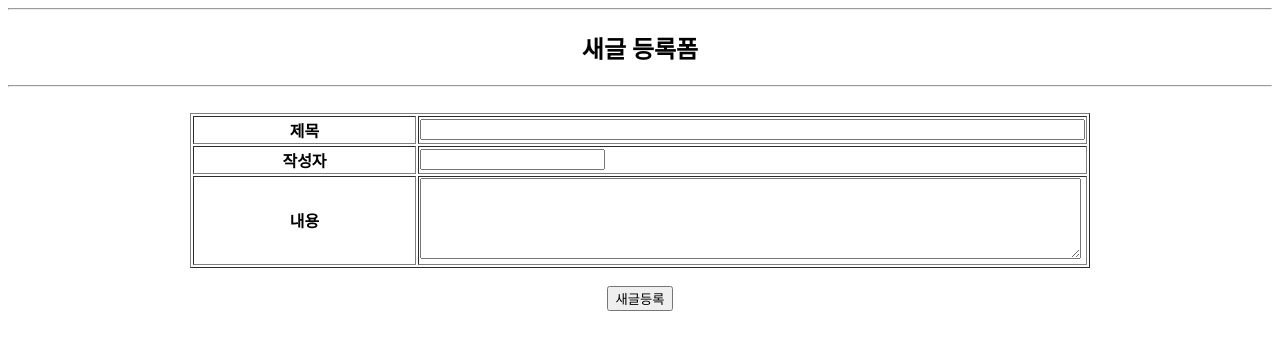
Repository: sunnny10/web-workspace
Page: http://localhost/Mission-Web/jsp/board/writeForm.jsp
The author's editor kept a copy of each file at every save. The page is drawn from the files as they stood at one save, then again after the next save.
The browser window is 1280 px wide. The pictures show the whole page.
The page is served by Tomcat 9. Other server files are loaded and not shown.

Above is the page before, as saved 2022-06-02 08:15:19.

### Mission-Web/src/main/webapp/jsp/board/writeForm.jsp
<%@ page language="java" contentType="text/html; charset=UTF-8"
    pageEncoding="UTF-8"%>
<!DOCTYPE html>
<html>
<head>
<meta charset="UTF-8">
<title>Insert title here</title>
</head>
<body>
	<div align="center">
		<hr>
		<h2>새글 등록폼</h2>
		<hr>
		<br>
		<form>
			<table border="1" style="width=80%">
				<tr>
					<th width="25%">제목</th>
					<td><input type="text" name="title" size="80"></td>
				</tr>
				<tr>
					<th width="25%">작성자</th>
					<td><input type="text" name="writer"></td>
				</tr>
				<tr>
					<th width="25%">내용</th>
					<td>
						<textarea rows="5" cols="80" name="content"></textarea>
					</td>
				</tr>
			</table>
			<br>
			<input type="submit" value="새글등록">
		</form>
	</div>
</body>
</html>

After the next save:
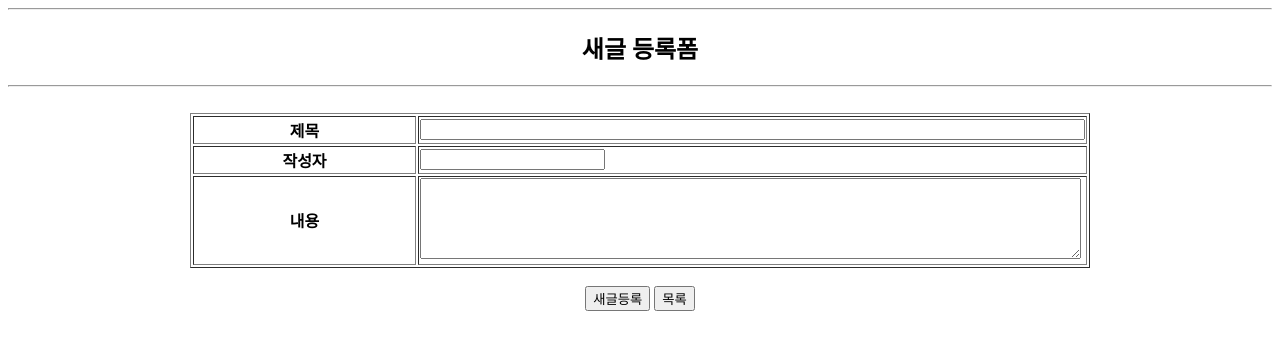
Saved 63 s later.
--- a/Mission-Web/src/main/webapp/jsp/board/writeForm.jsp
+++ b/Mission-Web/src/main/webapp/jsp/board/writeForm.jsp
@@ -31,6 +31,7 @@
 			</table>
 			<br>
 			<input type="submit" value="새글등록">
+			<button>목록</button>
 		</form>
 	</div>
 </body>
